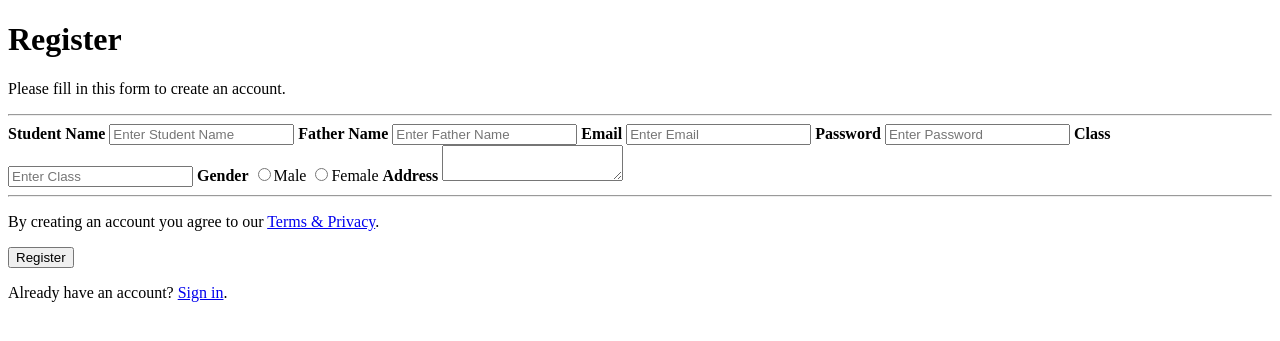
Repository: laxmichauhan/Student-Data-Insertion
Page: Application1/WebContent/register.html
These files come from the project's save history. The page is drawn as it stood at one moment and after the next save; the edit follows.
The browser window is 1280 px wide. The pictures show the whole page.

Above is the page before, as saved 2019-02-19 07:15:44.

### Application1/WebContent/register.html
<!DOCTYPE html>
<html>
<head>
<meta charset="ISO-8859-1">
<title>Insert title here</title>
</head>
<body>
<form>
  <div class="container">
    <h1>Register</h1>
    <p>Please fill in this form to create an account.</p>
    <hr>
    <label for="Student Name"><b>Student Name</b></label>
    <input type="text" placeholder="Enter Student Name" name="name" required>

	<label for="Father Name"><b>Father Name</b></label>
    <input type="text" placeholder="Enter Father Name" name="fname" required>

    <label for="email"><b>Email</b></label>
    <input type="text" placeholder="Enter Email" name="email" required>

    <label for="psw"><b>Password</b></label>
    <input type="password" placeholder="Enter Password" name="psw" required>

	<label for="Class"><b>Class</b></label>
    <input type="text" placeholder="Enter Class" name="class" required>

    <label for="Gender"><b>Gender</b></label>
    <input type="radio" name="gender" value="Male"/>Male
     <input type="radio" name="gender" value="Female"/>Female

    <label for="Address"><b>Address</b></label>
    <textarea name="address"></textarea>
    <hr>

    <p>By creating an account you agree to our <a href="#">Terms & Privacy</a>.</p>
    <button type="submit" class="registerbtn">Register</button>
  </div>

  <div class="container signin">
    <p>Already have an account? <a href="#">Sign in</a>.</p>
  </div>
</form>
</form>

</body>
</html>

After the next save:
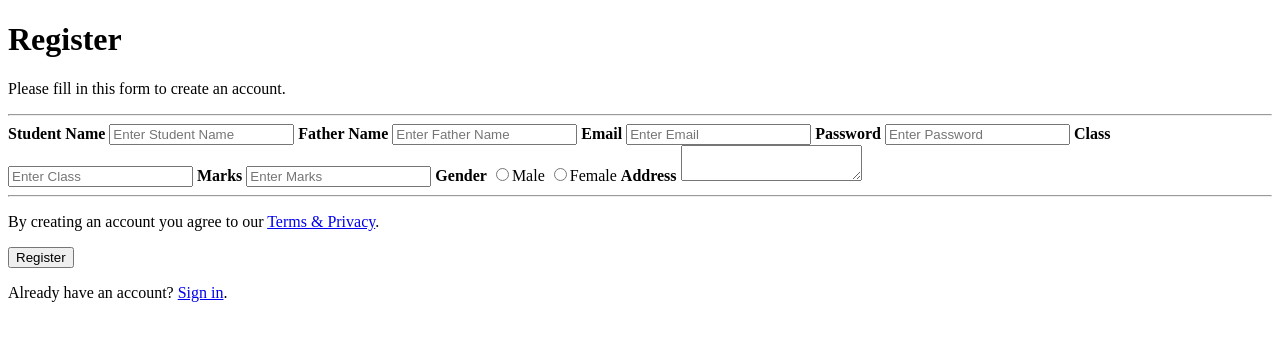
Saved 77 s later.
--- a/Application1/WebContent/register.html
+++ b/Application1/WebContent/register.html
@@ -25,6 +25,9 @@
 	<label for="Class"><b>Class</b></label>
     <input type="text" placeholder="Enter Class" name="class" required>
 
+     <label for="Marks"><b>Marks</b></label>
+    <input type="text" placeholder="Enter Marks" name="Marks" required>
+
     <label for="Gender"><b>Gender</b></label>
     <input type="radio" name="gender" value="Male"/>Male
      <input type="radio" name="gender" value="Female"/>Female
